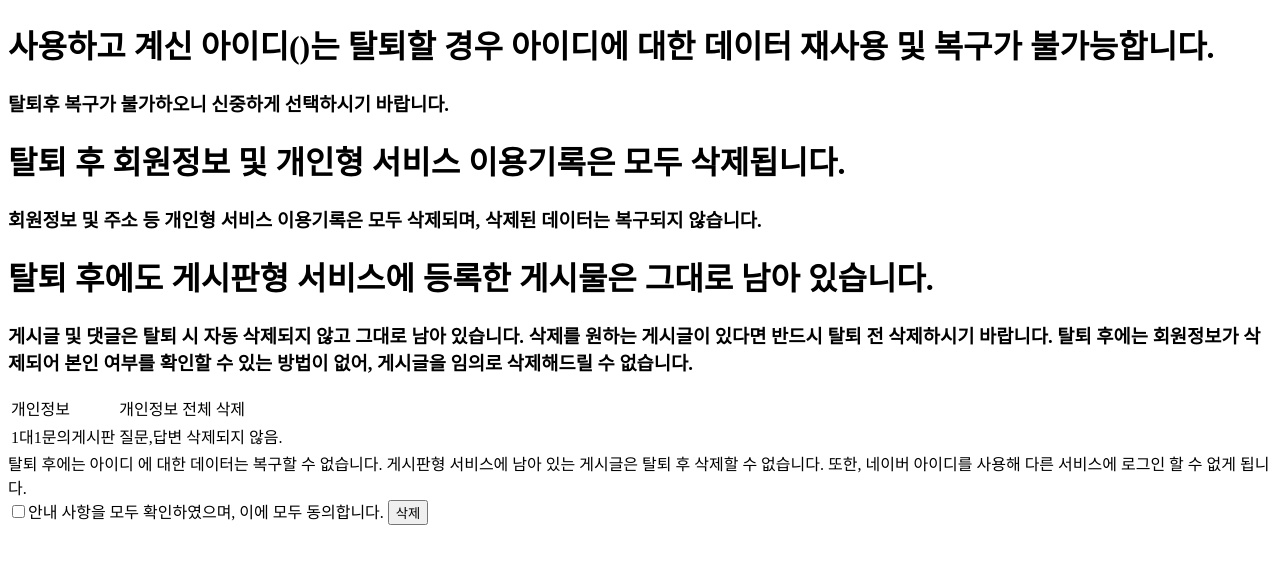
Repository: leehyeonung/project9
Page: http://localhost/book/WEB-INF/views/member/delete.jsp
The author's editor kept a copy of each file at every save. The page is drawn from the files as they stood at one save, then again after the next save.
The browser window is 1280 px wide. The pictures show the whole page.
The page is served by Tomcat 9. Nobody is signed in. The template is opened directly, without the code that normally fills it, so the values that code supplies are empty.

Above is the page before, as saved 2023-01-05 08:21:19.

After the next save:
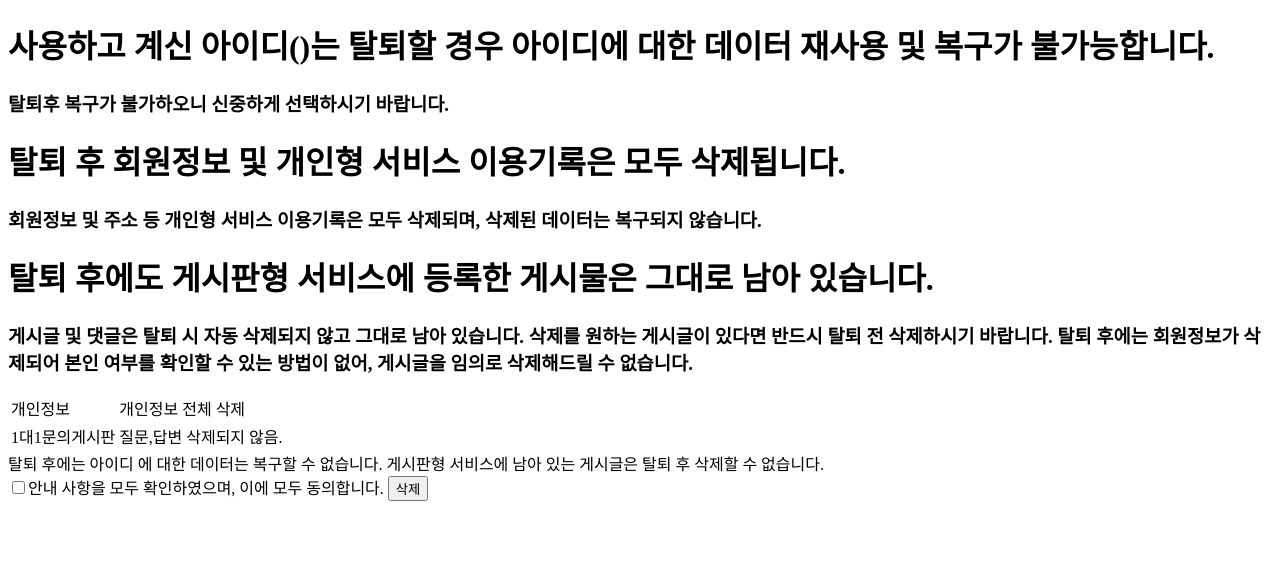
Saved 8 s later.
--- a/book/src/main/webapp/WEB-INF/views/member/delete.jsp
+++ b/book/src/main/webapp/WEB-INF/views/member/delete.jsp
@@ -27,7 +27,6 @@
 </table>
 탈퇴 후에는 아이디 ${ses.mem_id}에 대한 데이터는 복구할 수 없습니다.
 게시판형 서비스에 남아 있는 게시글은 탈퇴 후 삭제할 수 없습니다.
-또한, 네이버 아이디를 사용해 다른 서비스에 로그인 할 수 없게 됩니다.
 <form action="/mem/delete?mem_num=${ses.mem_num}" method="post" >
 <input type="checkbox" name="deletecheck" value="okay">안내 사항을 모두 확인하였으며, 이에 모두 동의합니다.
 <button type="submit">삭제</button>
